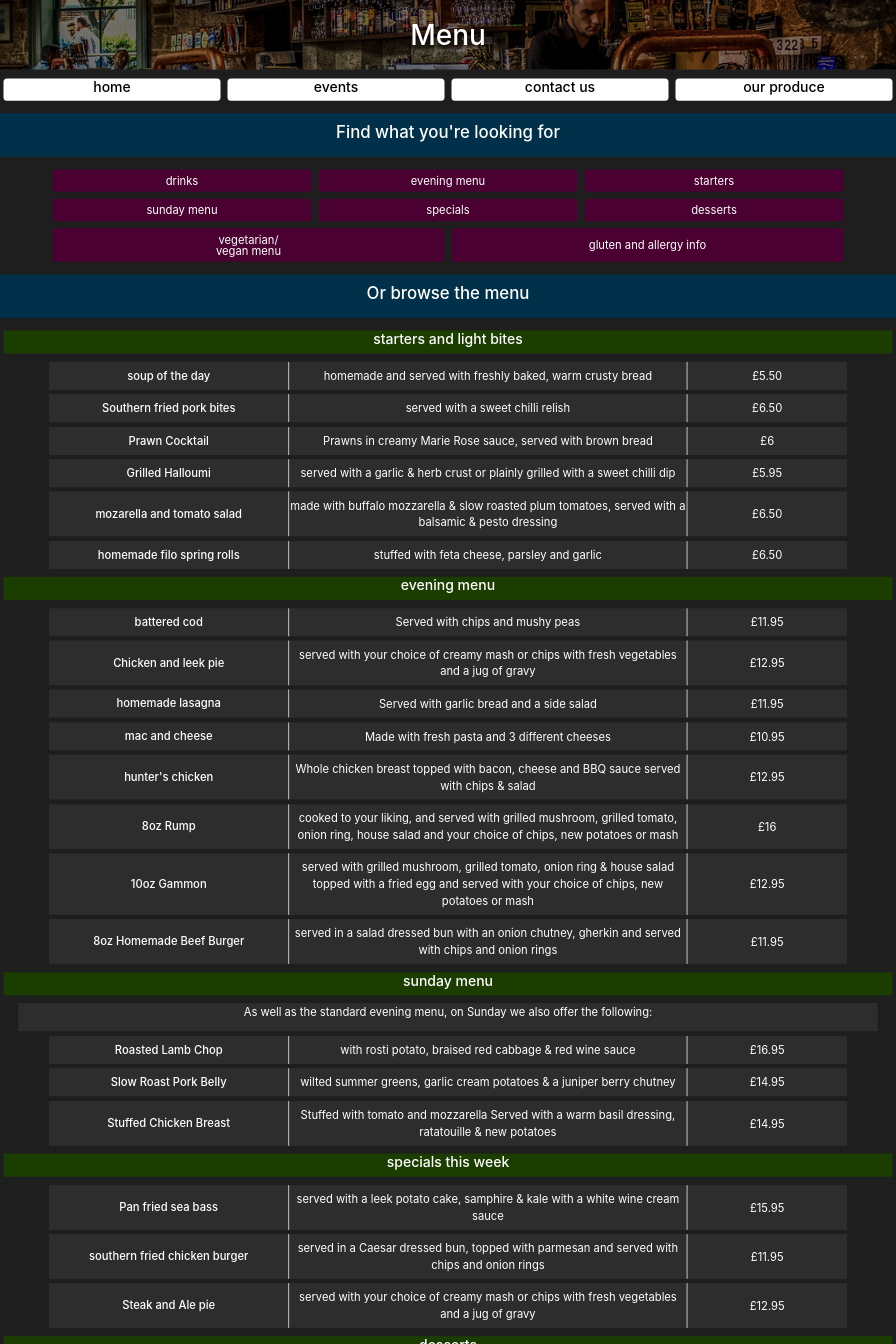
Repository: Code-Institute-Submissions/JamesLStudent-Milestone_One
Page: menu.html
The author's editor kept a record of every edit. The page is drawn from the files as they stood at one moment, then again after the next edit.
The browser window is 1280 px wide. The pictures show the part of the page from y = 0 to 1920 px (the page is 3155 px tall before and 3197 px after), at 70% of full size.

Above is the page before.
Console error: TypeError: Cannot read properties of undefined (reading 'fn')

### menu.html
<!DOCTYPE html>
<html lang="en">

<head>
    <meta charset="UTF-8">
    <meta name="viewport" content="width=device-width, initial-scale=1.0">
    <meta http-equiv="X-UA-Compatible" content="ie=edge">
    <title>Old Inn - Menu</title>
    <link href="Assets/main.css" rel="stylesheet" type="text/css" />
    <link rel="stylesheet" href="https://stackpath.bootstrapcdn.com/bootstrap/4.3.1/css/bootstrap.min.css" integrity="sha384-ggOyR0iXCbMQv3Xipma34MD+dH/1fQ784/j6cY/iJTQUOhcWr7x9JvoRxT2MZw1T" crossorigin="anonymous">
    <script src="https://stackpath.bootstrapcdn.com/bootstrap/4.3.1/js/bootstrap.min.js" integrity="sha384-JjSmVgyd0p3pXB1rRibZUAYoIIy6OrQ6VrjIEaFf/nJGzIxFDsf4x0xIM+B07jRM" crossorigin="anonymous"></script>
</head>

<body class="bg">
    <div class="menu-h1-background">
        <h1>Menu</h1>
    </div>

    <div class="dropdown-vis">
        <input id="check01" type="checkbox" name="menu" />
        <label class="black-text navigation-menu" for="check01"><h5>more info</h5></label>
        <ul class="submenu">
            <li>
                <a href="index.html">
                    <div class="col-6 col-md-12 col-lg-3 navigation-item black-text">
                        <h5>home</h5>
                    </div>
                </a>
                <a href="events.html">
                    <div class="col-6 col-md-12 col-lg-3 navigation-item black-text">
                        <h5>events</h5>
                    </div>
                </a>
                <a href="contacts.html">
                    <div class="col-12 col-md-12 col-lg-3 navigation-item black-text">
                        <h5>contact us</h5>
                    </div>
                </a>
                <a href="produce.html">
                    <div class="col-12 col-md-12 col-lg-3 navigation-item black-text">
                        <h5>our produce</h5>
                    </div>
                </a>
                <a href="history.html">
                    <div class="col-12 col-md-12 col-lg-3 navigation-item black-text">
                        <h5>our history</h5>
                    </div>
                </a>
            </li>
        </ul>
    </div>
    <div class="desktop-nav">
        <a href="index.html">
            <div class="col-6 col-md-12 col-lg-3 navigation-item black-text">
                <h5>home</h5>
            </div>
        </a>
        <a href="events.html">
            <div class="col-6 col-md-12 col-lg-3 navigation-item black-text">
                <h5>events</h5>
            </div>
        </a>
        <a href="contacts.html">
            <div class="col-12 col-md-12 col-lg-3 navigation-item black-text">
                <h5>contact us</h5>
            </div>
        </a>
        <a href="produce.html">
            <div class="col-12 col-md-12 col-lg-3 navigation-item black-text">
                <h5>our produce</h5>
            </div>
        </a>
    </div>
    <div class="centerer">
        <div class="subtitle">
            <h4>Find what you're looking for</h4>
        </div>
        <div class="spacer"></div>
        <div class="container">
            <div class="row">
                <a href="#drinks" class="small-link col-4">
                    <p class="vert-align">drinks</p>
                </a>
                <a href="#evening" class="small-link col-4">
                    <p class="vert-align">evening menu</p>
                </a>
                <a href="#starters" class="small-link col-4">
                    <p class="vert-align">starters</p>
                </a>
                <a href="#sunday" class="small-link col-4">
                    <p class="vert-align">sunday menu</p>
                </a>
                <a href="#specials" class="small-link col-4">
                    <p class="vert-align">specials</p>
                </a>
                <a href="#desserts" class="small-link col-4">
                    <p class="vert-align">desserts</p>
                </a>
                <a href="#vegan" class="small-link col-6">
                    <p class="vert-align">vegetarian/<br>vegan menu</p>
                </a>
                <a href="#gluten" class="small-link col-6">
                    <p class="vert-align">gluten and allergy info</p>
                </a>
            </div>
        </div>
        <div class="subtitle">
            <h4>Or browse the menu</h4>
        </div>
        <div class="spacer"></div>
        <div class="sub-box">
            <h5 id="starters">starters and light bites</h5>
        </div>
        <div class="alt-link container">
            <div class="row">
                <span class="food">
                    <h6 class="vert-align">
                        soup of the day
                    </h6>
                </span>
                <span class="food-desc ">
                    <p class="vert-align">
                        homemade and served with freshly baked, warm crusty bread
                    </p>
                </span>
                <span class="food-cost">
                    <p class="vert-align">
                        £5.50
                    </p>
                </span>
            </div>
        </div>
        <div class="alt-link container">
            <div class="row">
                <span class="food">
                    <h6 class="vert-align">
                        Southern fried pork bites
                    </h6>
                </span>
                <span class="food-desc">
                    <p class="vert-align">
                        served with a sweet chilli relish
                    </p>
                </span>
                <span class="food-cost">
                    <p class="vert-align">£6.50</p>
                </span>
            </div>
        </div>
        <div class="alt-link container">
            <div class="row">
                <span class="food">
                    <h6 class="vert-align">Prawn Cocktail</h6>
                </span>
                <span class="food-desc">
                    <p class="vert-align">Prawns in creamy Marie Rose sauce, served with brown bread</p>
                </span>
                <span class="food-cost">
                    <p class="vert-align">£6</p>
                </span>
            </div>
        </div>
        <div class="alt-link container">
            <div class="row">
                <span class="food">
                    <h6 class="vert-align">Grilled Halloumi</h6>
                </span>
                <span class="food-desc">
                    <p class="vert-align">served with a garlic & herb crust or plainly grilled with a sweet chilli dip</p>
                </span>
                <span class="food-cost">
                    <p class="vert-align">£5.95</p>
                </span>
            </div>
        </div>
        <div class="alt-link container">
            <div class="row">
                <span class="food">
                    <h6 class="vert-align">mozarella and tomato salad</h6>
                </span>
                <span class="food-desc">
                    <p class="vert-align">made with buffalo mozzarella & slow roasted plum tomatoes, served with a balsamic & pesto dressing</p>
                </span>
                <span class="food-cost">
                    <p class="vert-align">£6.50</p>
                </span>
            </div>
        </div>
        <div class="alt-link container">
            <div class="row">
                <span class="food">
                    <h6 class="vert-align">homemade filo spring rolls</h6>
                </span>
                <span class="food-desc">
                    <p class="vert-align">stuffed with feta cheese, parsley and garlic</p>
                </span>
                <span class="food-cost">
                    <p class="vert-align">£6.50</p>
                </span>
            </div>
        </div>
        <div class="sub-box">
            <h5 id="evening">evening menu</h5>
        </div>
        <div class="alt-link container">
            <div class="row">
                <span class="food">
                    <h6 class="vert-align">battered cod</h6>
                </span>
                <span class="food-desc">
                    <p class="vert-align">Served with chips and mushy peas</p>
                </span>
                <span class="food-cost">
                    <p class="vert-align">£11.95</p>
                </span>
            </div>
        </div>
        <div class="alt-link container">
            <div class="row">
                <span class="food">
                    <h6 class="vert-align">Chicken and leek pie</h6>
                </span>
                <span class="food-desc">
                    <p class="vert-align">served with your choice of creamy mash or chips with fresh vegetables and a jug of gravy</p>
                </span>
                <span class="food-cost">
                    <p class="vert-align">£12.95</p>
                </span>
            </div>
        </div>
        <div class="alt-link container">
            <div class="row">
                <span class="food">
                    <h6 class="vert-align">homemade lasagna</h6>
                </span>
                <span class="food-desc">
                    <p class="vert-align">Served with garlic bread and a side salad</p>
                </span>
                <span class="food-cost">
                    <p class="vert-align">£11.95</p>
                </span>
            </div>
        </div>
        <div class="alt-link container">
            <div class="row">
                <span class="food">
                    <h6 class="vert-align">mac and cheese</h6>
                </span>
                <span class="food-desc">
                    <p class="vert-align">Made with fresh pasta and 3 different cheeses</p>
                </span>
                <span class="food-cost">
                    <p class="vert-align">£10.95</p>
                </span>
            </div>
        </div>
        <div class="alt-link container">
            <div class="row">
                <span class="food">
                    <h6 class="vert-align">hunter's chicken</h6>
                </span>
                <span class="food-desc">
                    <p class="vert-align">Whole chicken breast topped with bacon, cheese and BBQ sauce served with chips & salad</p>
                </span>
                <span class="food-cost">
                    <p class="vert-align">£12.95</p>
                </span>
            </div>
        </div>
        <div class="alt-link container">
            <div class="row">
                <span class="food">
                    <h6 class="vert-align">8oz Rump</h6>
                </span>
                <span class="food-desc">
                    <p class="vert-align">cooked to your liking, and served with grilled mushroom, grilled tomato, onion ring, house salad and your choice of chips, new potatoes or mash</p>
                </span>
                <span class="food-cost">
                    <p class="vert-align">£16</p>
                </span>
            </div>
        </div>
        <div class="alt-link container">
            <div class="row">
                <span class="food">
                    <h6 class="vert-align">10oz Gammon</h6>
                </span>
                <span class="food-desc">
                    <p class="vert-align">served with grilled mushroom, grilled tomato, onion ring & house salad topped with a fried egg and served with your choice of chips, new potatoes or mash </p>
                </span>
                <span class="food-cost">
                    <p class="vert-align">£12.95</p>
                </span>
            </div>
        </div>
        <div class="alt-link container">
            <div class="row">
                <span class="food">
                    <h6 class="vert-align">8oz Homemade Beef Burger</h6>
                </span>
                <span class="food-desc">
                    <p class="vert-align">served in a salad dressed bun with an onion chutney, gherkin and served with chips and onion rings</p>
                </span>
                <span class="food-cost">
                    <p class="vert-align">£11.95</p>
                </span>
            </div>
        </div>
        <div class="sub-box">
            <h5 id="sunday">sunday menu</h5>
        </div>
        <div class="alt-link">
            <p>As well as the standard evening menu, on Sunday we also offer the following:</p>
        </div>
        <div class="alt-link container">
            <div class="row">
                <span class="food">
                    <h6 class="vert-align">Roasted Lamb Chop</h6>
                </span>
                <span class="food-desc">
                    <p class="vert-align">with rosti potato, braised red cabbage & red wine sauce</p>
                </span>
                <span class="food-cost">
                    <p class="vert-align">£16.95</p>
                </span>
            </div>
        </div>
        <div class="alt-link container">
            <div class="row">
                <span class="food">
                    <h6 class="vert-align">Slow Roast Pork Belly</h6>
                </span>
                <span class="food-desc">
                    <p class="vert-align">wilted summer greens, garlic cream potatoes & a juniper berry chutney</p>
                </span>
                <span class="food-cost">
                    <p class="vert-align">£14.95</p>
                </span>
            </div>
        </div>
        <div class="alt-link container">
            <div class="row">
                <span class="food">
                    <h6 class="vert-align">Stuffed Chicken Breast</h6>
                </span>
                <span class="food-desc">
                    <p class="vert-align">Stuffed with tomato and mozzarella Served with a warm basil dressing, ratatouille & new potatoes</p>
                </span>
                <span class="food-cost">
                    <p class="vert-align">£14.95</p>
                </span>
            </div>
        </div>
        <div class="sub-box">
            <h5 id="specials">specials this week</h5>
        </div>
        <div class="alt-link container">
            <div class="row">
                <span class="food">
                    <h6 class="vert-align">Pan fried sea bass</h6>
                </span>
                <span class="food-desc">
                    <p class="vert-align">served with a leek potato cake, samphire & kale with a white wine cream sauce</p>
                </span>
                <span class="food-cost">
                    <p class="vert-align">£15.95</p>
                </span>
            </div>
        </div>
        <div class="alt-link container">
            <div class="row">
                <span class="food">
                    <h6 class="vert-align">southern fried chicken burger</h6>
                </span>
                <span class="food-desc">
                    <p class="vert-align">served in a Caesar dressed bun, topped with parmesan and served with chips and onion rings</p>
                </span>
                <span class="food-cost">
                    <p class="vert-align">£11.95</p>
                </span>
            </div>
        </div>
        <div class="alt-link container">
            <div class="row">
                <span class="food">
                    <h6 class="vert-align">Steak and Ale pie</h6>
                </span>
                <span class="food-desc">
                    <p class="vert-align">served with your choice of creamy mash or chips with fresh vegetables and a jug of gravy</p>
                </span>
                <span class="food-cost">
                    <p class="vert-align">£12.95</p>
                </span>
            </div>
        </div>
        <div class="sub-box">
            <h5 id="desserts">desserts</h5>
        </div>
        <div class="alt-link container">
            <div class="row">
                <span class="food">
                    <h6 class="vert-align">lemon cheesecake</h6>
                </span>
                <span class="food-desc ">
                    <p class="vert-align">made in-house with fresh lemon and served with either cream or ice cream</p>
                </span>
                <span class="food-cost">
                    <p class="vert-align">£5.50</p>
                </span>
            </div>
        </div>
        <div class="alt-link container">
            <div class="row">
                <span class="food">
                    <h6 class="vert-align">hot chocolate fudgecake</h6>
                </span>
                <span class="food-desc">
                    <p class="vert-align">with chocolate sauce melted chocolate fudge, served with ice cream or cream</p>
                </span>
                <span class="food-cost">
                    <p class="vert-align">£6</p>
                </span>
            </div>
        </div>
        <div class="alt-link container">
            <div class="row">
                <span class="food">
                    <h6 class="vert-align">raspberry pavlova</h6>
                </span>
                <span class="food-desc">
                    <p class="vert-align">with chewy meringue and sweet raspberries and cream</p>
                </span>
                <span class="food-cost">
                    <p class="vert-align">£5.50</p>
                </span>
            </div>
        </div>
        <div class="sub-box">
            <h5 id="vegan">vegan and vegetarian options</h5>
        </div>
        <div class="alt-link container">
            <div class="row">
                <span class="food">
                    <h6 class="vert-align">vegetable chilli</h6>
                </span>
                <span class="food-desc ">
                    <p class="vert-align">made with roast vegetables with a sauce made in-house and served with fluffy rice. sour cream available for vegetarians</p>
                </span>
                <span class="food-cost">
                    <p class="vert-align">£9.50</p>
                </span>
            </div>
        </div>
        <div class="alt-link container">
            <div class="row">
                <span class="food">
                    <h6 class="vert-align">asparagus and lemon spaghetti</h6>
                </span>
                <span class="food-desc">
                    <p class="vert-align">made with fresh ingredients and served in a creamy vegan sauce</p>
                </span>
                <span class="food-cost">
                    <p class="vert-align">£9</p>
                </span>
            </div>
        </div>
        <div class="alt-link container">
            <div class="row">
                <span class="food">
                    <h6 class="vert-align">pizza margherita</h6>
                </span>
                <span class="food-desc">
                    <p class="vert-align">made with vegan mozzarella and homemade tomato sauce on a crispy pizza base</p>
                </span>
                <span class="food-cost">
                    <p class="vert-align">£11.50</p>
                </span>
            </div>
        </div>
        <div class="sub-box">
            <h5 id="drinks">drinks</h5>
        </div>
        <div class="alt-link container">
            <div class="row">
                <span class="food">
                    <h6 class="vert-align">Punk IPA</h6>
                </span>
                <span class="food-desc">
                    <p class="vert-align">Light gold in colour, a perfect match for spicy food or an excellent compliment to a blue cheese</p>
                </span>
                <span class="food-cost">
                    <p class="vert-align">£7</p>
                </span>
            </div>
        </div>
        <div class="alt-link container">
            <div class="row">
                <span class="food">
                    <h6 class="vert-align">Doombar bitter</h6>
                </span>
                <span class="food-desc">
                    <p class="vert-align">A creamy, nutty malt with a dry finish</p>
                </span>
                <span class="food-cost">
                    <p class="vert-align">£6</p>
                </span>
            </div>
        </div>
        <div class="alt-link container">
            <div class="row">
                <span class="food">
                    <h6 class="vert-align">Gem amber ale</h6>
                </span>
                <span class="food-desc">
                    <p class="vert-align">A creamy, nutty malt with a dry finish</p>
                </span>
                <span class="food-cost">
                    <p class="vert-align">£6.50</p>
                </span>
            </div>
        </div>
        <div class="sub-box">
            <h5 id="gluten">gluten and allergy information</h5>
        </div>
        <div class="alt-link">
            <p>our recipes are subject to regular change because we constantly strive to improve. unfortunately, this means we can't always be certain about which foods have gluten or allergens - if you're unsure, ask us in-house, and we'll do our best to
                help you out.</p>
        </div>
        <div class="spacer"></div>
        <footer>
            <div class="footer">
                <div class="col-12 footer-div text-muted">
                    <h5>contact</h5>
                </div>
                <div class="col-12 col-md-6 col-lg-8 left footer-div text-muted left-align">
                    <h6>opening times</h6>
                    <p class="left-align">
                        </br>
                        Mon - Thu: 11:00 - 23:00</br>
                        Fri - Sat: 11:00 - 00:00</br>
                        Sun: 12:00 - 22:30</br>
                        </br>
                    </p>
                    <h6>food served</h6>
                    <p class="left-align">
                        </br>
                        Mon - Fri: 12:00 - 14:30, 17:00 - 21:00</br>
                        Sat: 12:00 - 21:00</br>
                        Sun: 12:00 - 15:00, 17:30 - 20:00</p>
                </div>
                <div class="col-12 col-md-6 col-lg-4 left footer-div text-muted left-align">
                    <h6>contact details</h6>
                    <p class="left-align">
                        </br>Fake Street, Coalpit Heath, Bristol, FA73 0NE</br>01454 123456</br>
                        info@oldinncoalpitheath.co.uk</p>
                    <h6>
                        </br>follow us</h6>
                    <p>
                        </br>facebook link</p>
                </div>
            </div>
        </footer>
    </div>
</body>

</html>

Loaded but not shown: Assets/main.css (452 lines, source omitted)

After the next edit:
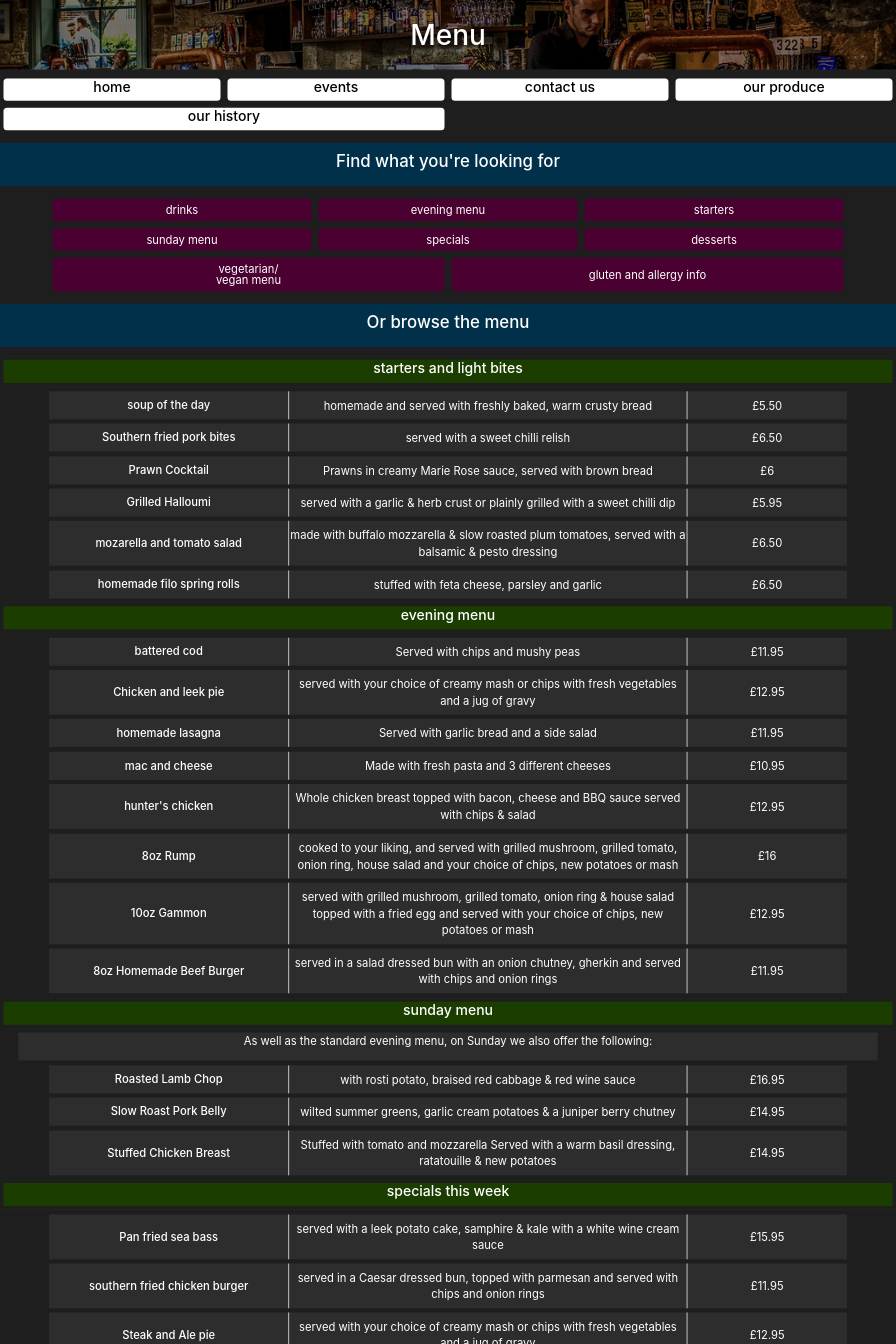
The edit:
--- a/menu.html
+++ b/menu.html
@@ -68,6 +68,11 @@
         <a href="produce.html">
             <div class="col-12 col-md-12 col-lg-3 navigation-item black-text">
                 <h5>our produce</h5>
+            </div>
+        </a>
+        <a href="history.html">
+            <div class="col-12 col-md-12 col-lg-6 navigation-item black-text">
+                <h5>our history</h5>
             </div>
         </a>
     </div>
